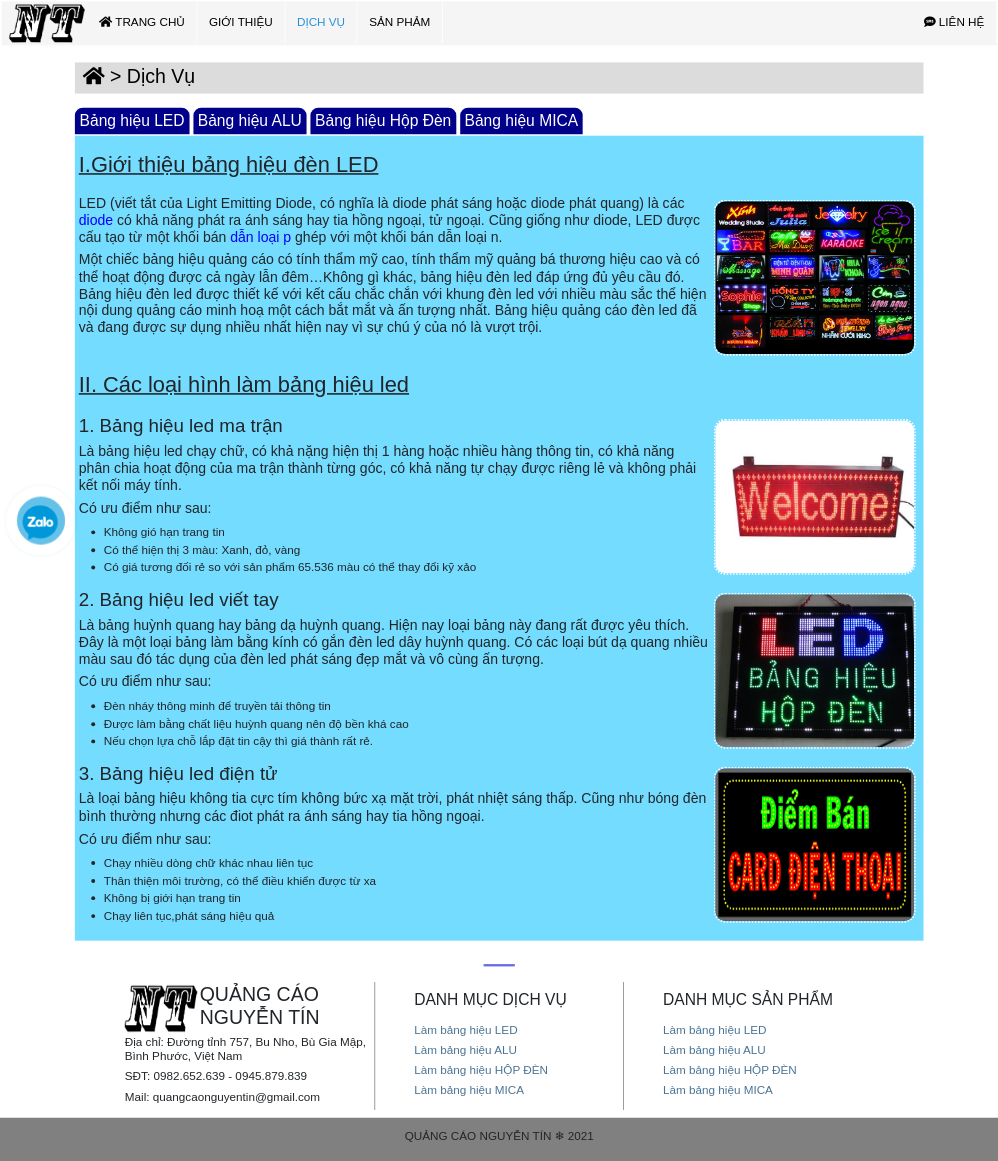
Repository: Haunguyen42193/quangcaonguyentin.github.io
Page: service.html
These files come from the project's save history. The page is drawn as it stood at one moment and after the next save; the edit follows.
The browser window is 1280 px wide. The pictures show the whole page, at 78% of full size.
Some web fonts or font styles are not loaded; a fallback is used. Some web libraries are served in a nearby version.

Above is the page before, as saved 2021-10-11 15:12:34.
Console error: ReferenceError: init is not defined

After the next save:
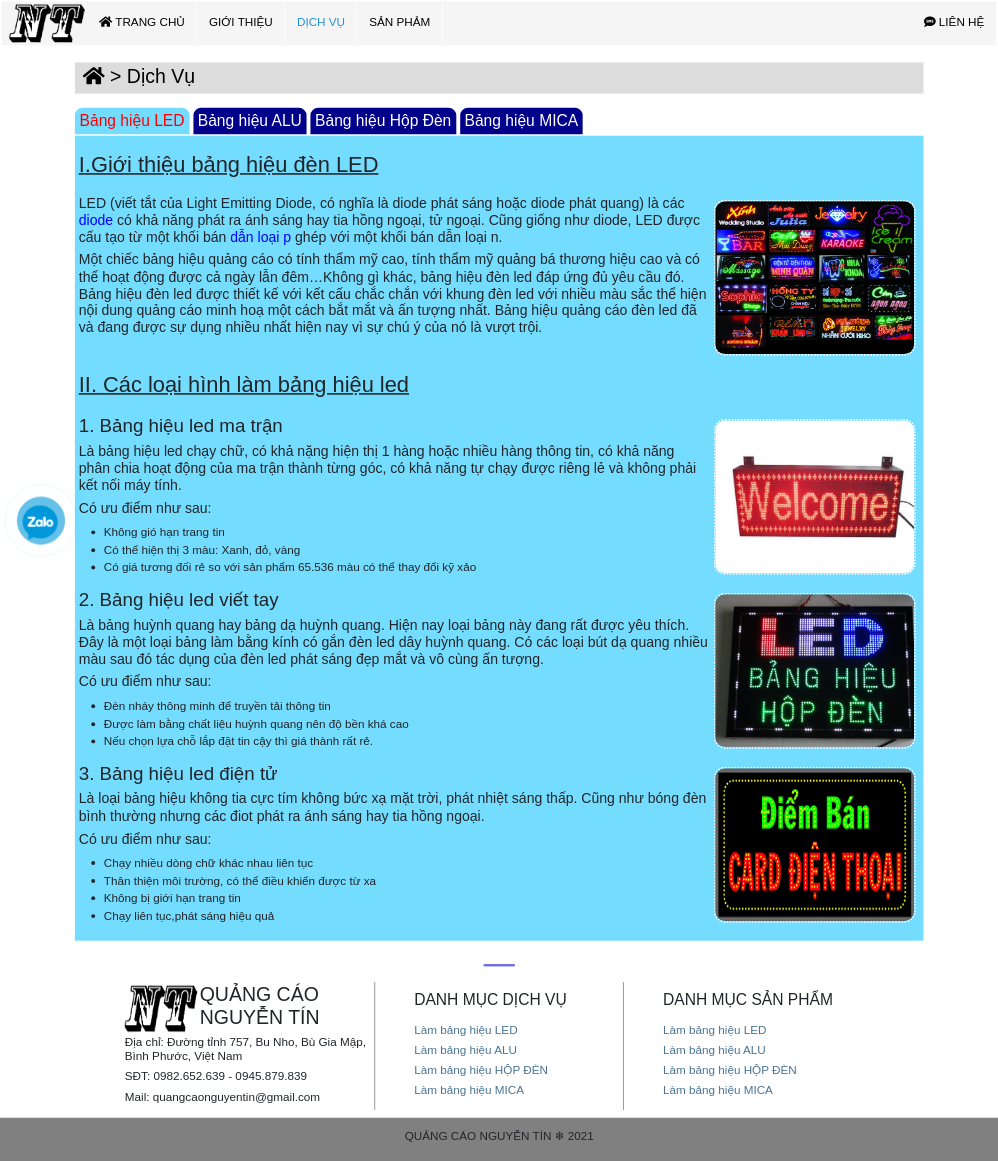
Saved 39 s later.
--- a/Js/jsservice.js
+++ b/Js/jsservice.js
@@ -75,12 +75,13 @@ $(document).ready(function() {
         },2000);
     })
     var x = location.hash;
-    $(".service-menu a").removeClass()
+
     var tab = ["#tab1", "#tab2", "#tab3", "#tab4"]
     for (var i = 0; i <= 3; i++)
     {
         if(x === tab[i])
         {
+            $(".service-menu a").removeClass()
             $(tab[i]).children().addClass("active")
             $(".service-content").hide()
             var a = $(tab[i]).children().attr("href")
